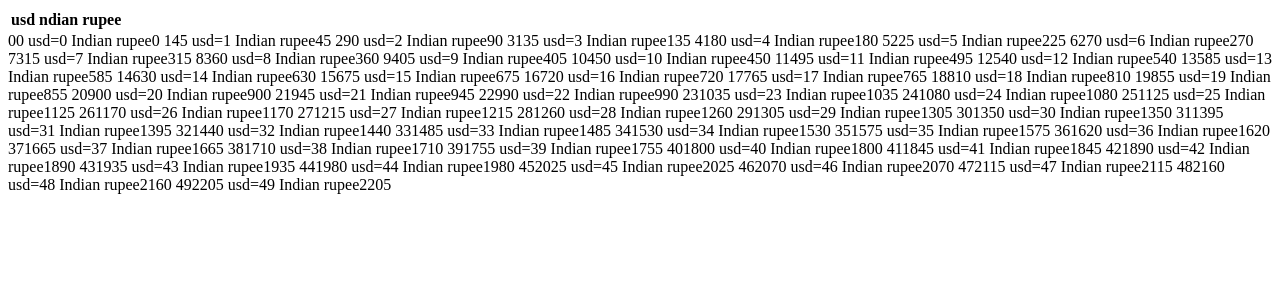
Repository: laikrish/day10
Page: http://localhost/HelloWorld/currency
The author's editor kept a copy of each file at every save. The page is drawn from the files as they stood at one save, then again after the next save.
The browser window is 1280 px wide. The pictures show the whole page.
The page is served by Tomcat 9. Other server files are loaded and not shown.

Above is the page before, as saved 2018-09-06 07:13:45.

### HelloWorld/src/com/capgemini/controller/CurrencyConverterServlet.java
package com.capgemini.controller;

import java.io.IOException;
import java.io.PrintWriter;

import javax.servlet.ServletException;
import javax.servlet.annotation.WebServlet;
import javax.servlet.http.HttpServlet;
import javax.servlet.http.HttpServletRequest;
import javax.servlet.http.HttpServletResponse;

@WebServlet("/currency")
public class CurrencyConverterServlet extends HttpServlet {
	private static final long serialVersionUID = 1L;

    public CurrencyConverterServlet() {
        super();

    }


	protected void doGet(HttpServletRequest request, HttpServletResponse response) throws ServletException, IOException {
		response.setContentType("text/html");
		PrintWriter out=response.getWriter();
		out.println("<table><tr><th>usd</th><th>ndian rupee</th></table>");
		for(int i=0;i<50;i++) {
		out.println("<tr><td>" +i +"</td><td>"+i*45 +"</td></tr>");
		out.println("usd=" +i);
				out.println("Indian rupee" +i*45);

			}
		out.println();
		out.close();

		}

	}

After the next save:
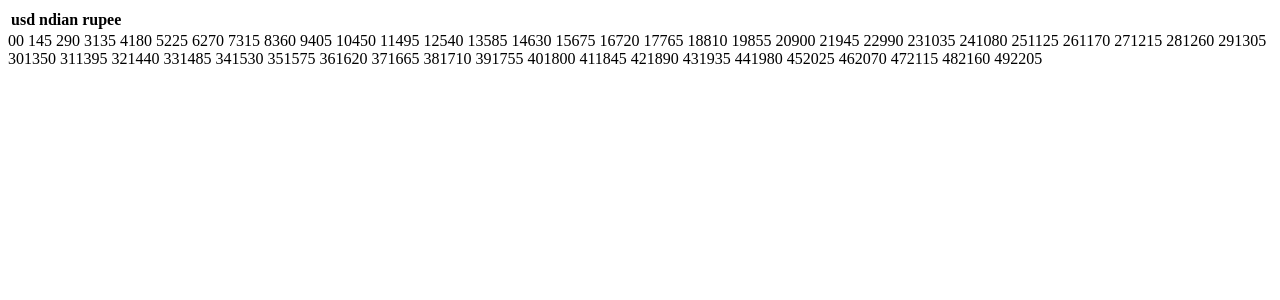
Saved 22 s later.
--- a/HelloWorld/src/com/capgemini/controller/CurrencyConverterServlet.java
+++ b/HelloWorld/src/com/capgemini/controller/CurrencyConverterServlet.java
@@ -25,8 +25,8 @@ public class CurrencyConverterServlet extends HttpServlet {
 		out.println("<table><tr><th>usd</th><th>ndian rupee</th></table>");
 		for(int i=0;i<50;i++) {
 		out.println("<tr><td>" +i +"</td><td>"+i*45 +"</td></tr>");
-		out.println("usd=" +i);
-				out.println("Indian rupee" +i*45);
+		//out.println("usd=" +i);
+				//out.println("Indian rupee" +i*45);
 
 			}
 		out.println();
